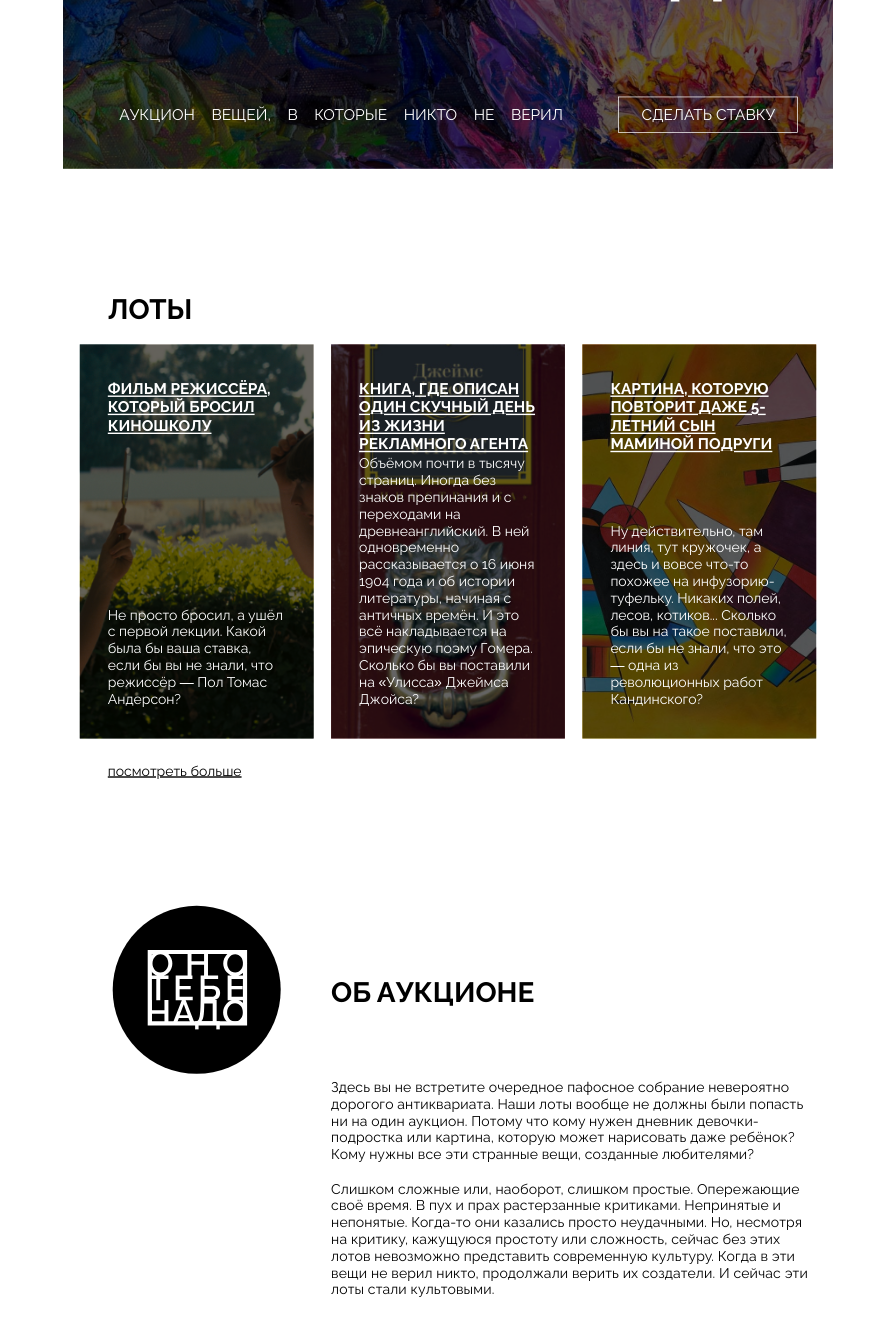
Repository: Smoyki/ono-tebe-nado
Page: index.html
These files come from the project's save history. The page is drawn as it stood at one moment and after the next save; the edit follows.
The browser window is 1280 px wide. The pictures show the part of the page from y = 810 to 2730 px (the page is 3028 px tall before and 2790 px after), at 70% of full size.

Above is the page before, as saved 2024-04-20 21:14:31.

### index.html
<!DOCTYPE html>
<html lang="ru">
  <head>
    <meta charset="UTF-8" />
    <meta http-equiv="X-UA-Compatible" content="IE=edge" />
    <meta name="viewport" content="width=device-width, initial-scale=1.0" />
    <title>Оно тебе надо — аукцион вещей, в которые никто не верил!</title>
    <link rel="stylesheet" href="./fonts/fonts.css" />
    <link rel="stylesheet" href="./styles/global.css" />
    <link rel="stylesheet" href="./styles/style.css" />
  </head>

  <body>
    <div class="wrapper">
      <header class="header">
        <nav class="header__menu">
          <ul class="header__links-list">
            <li class="header__links-list-item_no-bullit">
              <a class="header__link link-active" href="#">главная</a>
            </li>
            <li class="header__links-list-item">
              <a class="header__link" href="#"
                >посмотреть лоты</a
              >
            </li>
            <li class="header__links-list-item">
              <a class="header__link" href="#"
                >об аукционе</a
              >
            </li>
          </ul>
        </nav>
        <a class="header__logo"
          ><img
            alt="Логотип"
            class="header__logo-image"
            src="./images/logo-black.svg"
        /></a>
        <address class="address header__address">
          <a class="address__item " href="tel:+99995555555">+9 999 555 5555</a>
          <a class="address__item " href="mailto:info@sobaka.ge"
            >info@sobaka.ge</a
          >
          <p class="address-text">
            наб. Принсенграхт 263-<br />265, Амстердам
          </p>
        </address>
      </header>
      <main class="main_sections">
        <section class="cover content-section">
          <div class="overlay"></div>
          <h1 class="cover__title">
            <span class="aligned-text"
              >о<span class="letter-spacing-extended">но</span></span
            >
            <span class="aligned-text aligned-text_center"
              >те<span class="letter-spacing-extended">бе</span></span
            >
            <span class="aligned-text aligned-text_right"
              ><span class="letter-spacing-extended">н</span>ад<span
                class="remove-spacing"
                >о</span
              ></span
            >
          </h1>
          <div class="cover__description">
            <p class="cover__description-text">
              Аукцион вещей, в которые никто не верил
            </p>
            <button class="bet-button">Сделать ставку</button>
          </div>
        </section>
        <section class="lots_conteiner">
          <h2 class="lots_heading"> Лоты</h2>
          <ul class="lots__card-list">
            <li class="link-lots-card first-img">
              <a href="#" class="link-lots-style">
                <article class="card-info">
                  <h3 class="article-titel">Фильм режиссёра, который бросил киношколу</h3>
                  <p class="article-text">Не просто бросил, а ушёл с первой лекции. Какой была бы ваша ставка, если бы вы не знали, что режиссёр — Пол Томас Андерсон?</p>
                </article>
              </a>
            </li>
            <li class="link-lots-card second-img">
              <a href="#" class="link-lots-style">
                <article class="card-info">
                  <h3 class="article-titel">Книга, где описан один скучный день из жизни рекламного агента</h3>
                  <p class="article-text">Объёмом почти в тысячу страниц. Иногда без знаков препинания и с переходами на древнеанглийский. В ней одновременно рассказывается о 16 июня 1904 года и об истории литературы, начиная с античных времён. И это всё накладывается на эпическую поэму Гомера. Сколько бы вы поставили на «Улисса» Джеймса Джойса?</p>
                </article>
              </a>
            </li>
            <li class="link-lots-card third-img">
              <a href="#" class="link-lots-style">
                <article class="card-info">
                  <h3 class="article-titel">Картина, которую повторит даже 5-летний сын маминой подруги</h3>
                  <p class="article-text">Ну действительно, там линия, тут кружочек, а здесь и вовсе что-то похожее на инфузорию-туфельку. Никаких полей, лесов, котиков... Сколько бы вы на такое поставили, если бы не знали, что это — одна из революционных работ Кандинского?</p>
                </article>
              </a>
            </li>
          </ul>
          <a href="#" class="lots-more-link">посмотреть больше</a>
        </section>
        <section class="about content-section">
          <div class="logo__container">
            <div class="about__logo">
              <img
                class="about__logo-image"
                src="./images/logo-white.svg"
                alt="Логотип проекта"
              />
            </div>
          </div>
          <div class="second__column__text">
            <div class="about__column_text">
              <h2 class="about__title">Об аукционе</h2>
              <div class="about__text">
                <p>
                  Здесь вы не встретите очередное пафосное собрание невероятно
                  дорогого антиквариата. Наши лоты вообще не должны были попасть
                  ни на один аукцион. Потому что кому нужен дневник
                  девочки-подростка или картина, которую может нарисовать даже
                  ребёнок? Кому нужны все эти странные вещи, созданные
                  любителями?
                </p>
                <p>
                  Слишком сложные или, наоборот, слишком простые. Опережающие
                  своё время. В пух и прах растерзанные критиками. Непринятые и
                  непонятые. Когда-то они казались просто неудачными. Но,
                  несмотря на критику, кажущуюся простоту или сложность, сейчас
                  без этих лотов невозможно представить современную культуру.
                  Когда в эти вещи не верил никто, продолжали верить их
                  создатели. И сейчас эти лоты стали культовыми.
                </p>
              </div>
            </div>
          </div>
        </section>
      </main>
      <footer class="footer">
        <address class="address">
          <a class="address__item" href="tel:+99995555555">+9 999 555 5555</a>
          <a class="address__item" href="mailto:info@sobaka.ge"
            >info@sobaka.ge</a
          >
          <p class="foother_address__address-text">
            наб. Принсенграхт 263-<br />265, Амстердам
          </p>
        </address>
        <nav class="footer__menu">
          <ul class="footer__menu-list">
            <li class="footer__menu-list-item">
              <a class="footer__menu-link link-active" href="#">главная</a>
            </li>
            <li class="footer__menu-list-item">
              <a class="footer__menu-link " href="#">посмотреть лоты</a>
            </li>
            <li class="footer__menu-list-item">
              <a class="footer__menu-link " href="#">об аукционе</a>
            </li>
          </ul>
        </nav>
        <ul class="footer__social-list">
          <li class="footer__social-list-item">
            <a class="footer__social-link" href="#"
              ><img
                class="footer__social-icon"
                src="./images/yt.svg"
                alt="Иконка"
            /></a>
          </li>
          <li class="footer__social-list-item">
            <a class="footer__social-link" href="#"
              ><img
                class="footer__social-icon"
                src="./images/vk.svg"
                alt="Иконка"
            /></a>
          </li>
          <li class="footer__social-list-item">
            <a class="footer__social-link" href="#"
              ><img
                class="footer__social-icon"
                src="./images/pinterest.svg"
                alt="Иконка"
            /></a>
          </li>
        </ul>
      </footer>
    </div>
  </body>
</html>

### styles/style.css
.main_sections {
  flex-direction: column;
  display: grid;
  grid-template-rows: repeat(3, auto);
}

.content-section {
  margin: auto 0;
  width: 100%;
}

.header {
  max-width: 1052px;
  margin: auto;
  padding: 92px 24px 92px 19px;
  display: grid;
  grid-template-columns: 2fr 1fr 2fr;
  justify-content: space-around;
  justify-items: center;
  align-items: center;
}

.header__links-list {
  display: flex;
  flex-direction: row;
  gap: 34px;
  list-style: none;
  font-size: 18px;
  line-height: 21px;
  flex-wrap:wrap;
}

.header__menu {
  max-width: 392px;
}

.header__links-list-item {
  list-style: circle;
  text-decoration: underline;
}

.header__links-list-item_no-bullit {
  list-style: none;
}

.header__link {
  font-size: 18px;
  text-decoration:underline;
}

.header__link_active {
  text-decoration:none;
}

.header__logo {
  display:block;
  justify-self: center;
  align-self: center;
  width: fit-content;
  height: fit-content;
}

.header__logo-image {
  width: 148px;
  height: 105px;
  margin: auto;
}

.address {
  max-width: 241px;
  display: flex;
  flex-direction: column;
  font-size: 18px;
  font-style: normal;
  justify-self: end;
  line-height: 24.3px;
  padding: 0px 38px 0px 0px;
  font-family: "Raleway", sans-serif;
}


.address__item {
  display: flex;
  text-underline-position: under;
}

.cover {
  position: relative;
  background-image: url(../images/cover.jpg);
  background-position:center;
  background-repeat: no-repeat;
  background-size: cover;
  padding: 165px 50px 51px 50px;
}

.overlay {
  position: absolute;
  top: 0;
  left: 0;
  z-index: 1;
  width: 100%;
  height: 100%;
  background: rgba(0, 0, 0, 0.6);
}

.cover__title {
  position: relative;
  z-index: 3;
  line-height: 1.15;
  letter-spacing: 30px;
  text-transform: uppercase;
  display: flex;
  flex-direction: column;
  gap: 20px;
  color: #FFF;
  font-weight: bold;
  font-size: 100px;

}

.aligned-text {
  display: block;
}

.aligned-text_center {
  line-height: 1;
  text-align: center;
}

.aligned-text_right {
  line-height: 1;
  text-align: right;
}

.letter-spacing-extended {
  letter-spacing: 60px;
}

.remove-spacing {
  letter-spacing: normal;
}

.cover__description {
  position: relative;
  z-index: 1;
  display: flex;
  justify-content: flex-end;
  align-items: center;
  gap: 79px;
  padding: 135px 0px 0px 0px;
}

.cover__description-text {
  color: #FFF;
  font-size: 22px;
  line-height: 1.27;
  text-transform: uppercase;
  word-spacing: 18px;
}

.bet-button {
  border: 1px #FFF solid;
  padding: 12px 32px;
  color: #FFF;
  font-family: 'Raleway', sans-serif;
  font-weight: normal;
  font-size: 22px;
  line-height: 26px;
  text-transform: uppercase;
  background-color: transparent;
  cursor: pointer;
}

.bet-button:hover {
  color: #000000;
  background-color: #FFF;
}


.lots_conteiner {
  display: grid;
  grid-template-rows: repeat(3, auto);
  gap: 27px;
  padding: 177px 24px 0px 24px;
}

.lots_heading {
  font-size: 40px;
  line-height: 47px;
  margin-left: 40px;
  text-transform: uppercase;
}

.lots__card-list {
  display: grid;
  grid-template-columns: repeat(3, auto);
  gap: 25px;
}

.link-lots-card {
  display: block;
  position: relative;
  min-width: 334px;
  min-height: 563px;
}

.link-lots-card::before {
  content: "";
  position: absolute;
  top: 0;
  left: 0;
  z-index: 1;
  background-color: rgb(0, 0, 0, 0.6);
  inset: 0;
}

/*---настройка картиночек для лотов---*/

.first-img{
  background-image: url(../images/card-lot-01.jpg);
}

.second-img{
  background-image: url(../images/card-lot-02.jpg);
}

.third-img {
  background-image: url(../images/card-lot-03.jpg);
}

.first-img,
.second-img,
.third-img,
.cover {
  background-size: cover;
  background-position: top;
}

.lots-more-link {
  width: fit-content;
  line-height: 24px;
  margin-left: 40px;
  font-size: 20px;
  text-decoration: none;
  padding: 7px 0px 0px 0px;
  text-decoration: underline;
}

.link-lots-style {
  text-decoration: none;
}

/*---Оформление текста для лотов---*/

.card-info {
  display: flex;
  flex-direction: column;
  justify-content: space-between;
  height: 100%;
  padding: 50px 40px 45px 40px;
}

.article-titel {
  font-size: 22px;
  line-height: 120%;
  font-style: normal;
  text-decoration: underline;
}

.article-text {
  font-weight: 100;
  max-height: 360px;
  font-size: 20px;
  line-height: 120%;
}

.article-text,
.article-titel {
  position: relative;
  z-index: 3;
  color: white;
}

.lots_title,
.article-titel {
  text-transform: uppercase;
}


/* Тут начало секции about */
.about {
  display:  grid;
  grid-template-columns: 287px auto;
  padding:146px 0px 0px 24px;
  max-width: 1052px;
  column-gap:72px;
}

.about__column_text {
  padding-top:135px;
  display: flex;
  height: fit-content;
  font-family: "Raleway", sans-serif;
  font-style: normal;
  font-weight: 400;
  flex-direction: column;
  gap:100px;
  min-width: 693px;
}

.about__logo {
  display: flex;
  justify-content: center;
  align-items: center;
  border-radius: 50%;
  background-color: #000000;
  width: 240px;
  height: 240px;
}

.logo__container {
  display: block;
  padding:35px 0px 0px 47px;
  width:fit-content;
  height:fit-content;
}

.about__logo-image {
  width: 148px;
  height: 114px;
}

.about__title {
  /* padding: 3px 0px 100px 0px; */
  font-weight: bold;
  font-size: 40px;
  line-height: 46.96px;
  text-transform: uppercase;
}

.about__text {
  display: flex;
  flex-direction:column;
  gap: 25px;
  font-size: 20px;
  line-height: 24px;
  letter-spacing: 0.01em;
}

.footer {
  display: flex;
  justify-content: space-between;
  padding: 179px 50px 88px 50px;
  gap:25px;
}

.footer__social-icon {
  width: 48px;
  height: 48px;
}

.footer__menu-list {
  display: flex;
  flex-direction: column;
  align-items: center;
  font-size: 18px;
  line-height: 21.13px;
  height: fit-content;
}

.foother__links-list {
  display:flex;
  flex-direction:column;
}

.footer__social-list-item {
  list-style: none;
}

.footer__menu-list-item {
  list-style: none;
}

.link-active {
  text-decoration:none;
}

.footer__social-list {
  display:flex;
  gap: 48px;
  list-style: none;
}

Loaded but not shown: fonts/fonts.css (common file); styles/global.css (common file)

After the next save:
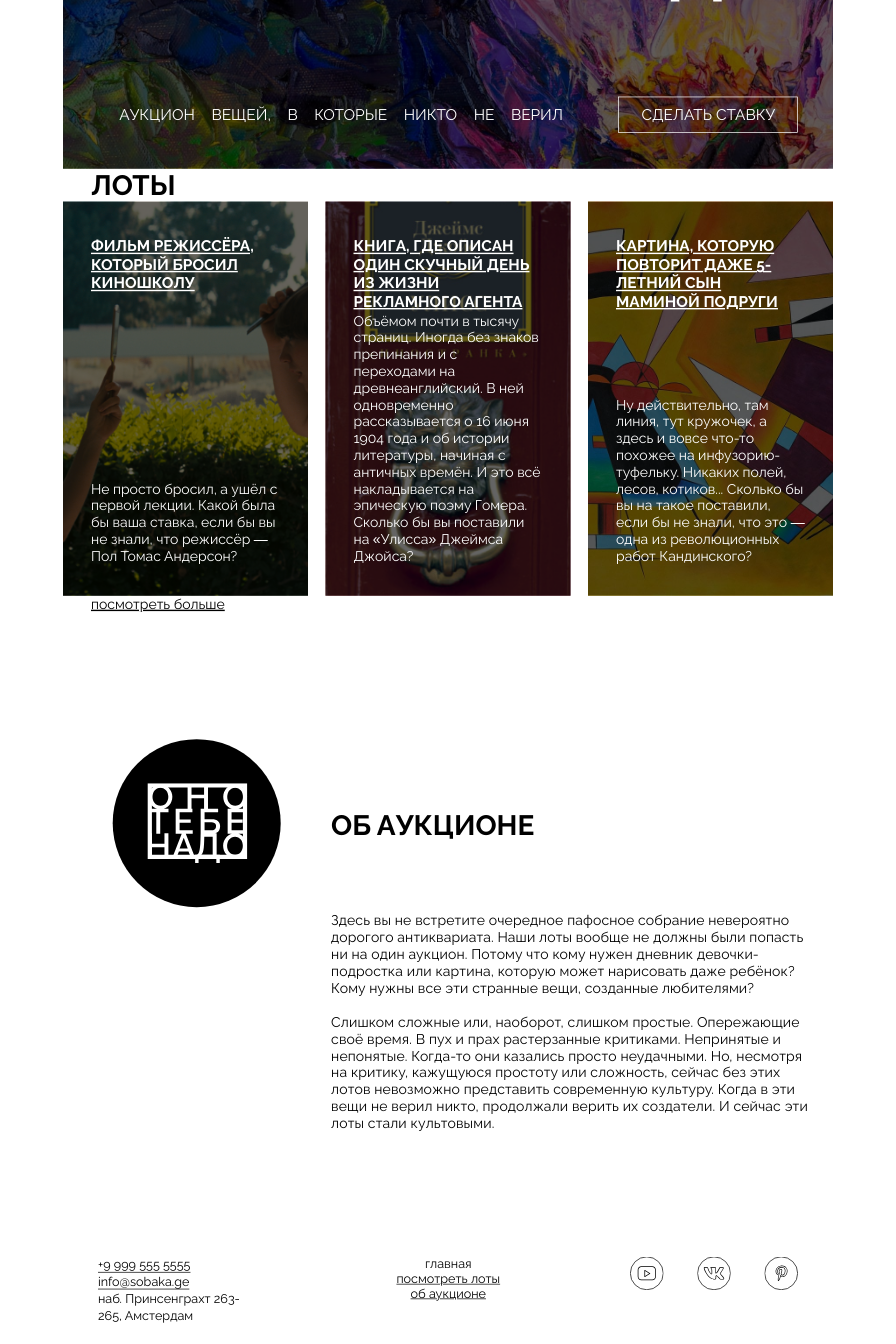
Saved 10 min 15 s later.
--- a/styles/style.css
+++ b/styles/style.css
@@ -177,7 +177,7 @@
 }
 
 
-.lots_conteiner {
+.lots {
   display: grid;
   grid-template-rows: repeat(3, auto);
   gap: 27px;

After the save that followed:
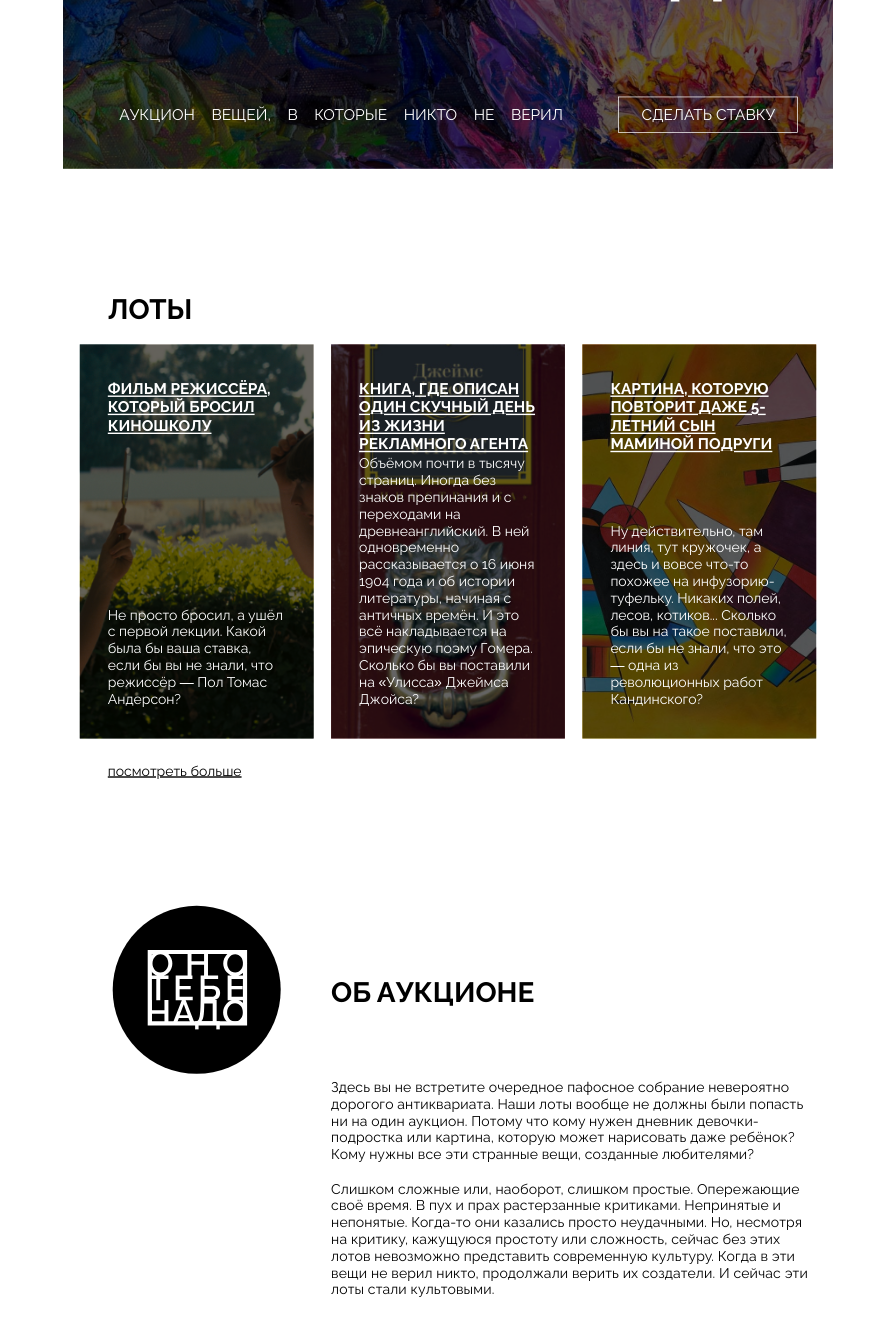
Saved 5 s later.
--- a/index.html
+++ b/index.html
@@ -70,7 +70,7 @@
             <button class="bet-button">Сделать ставку</button>
           </div>
         </section>
-        <section class="lots_conteiner">
+        <section class="lots">
           <h2 class="lots_heading"> Лоты</h2>
           <ul class="lots__card-list">
             <li class="link-lots-card first-img">
